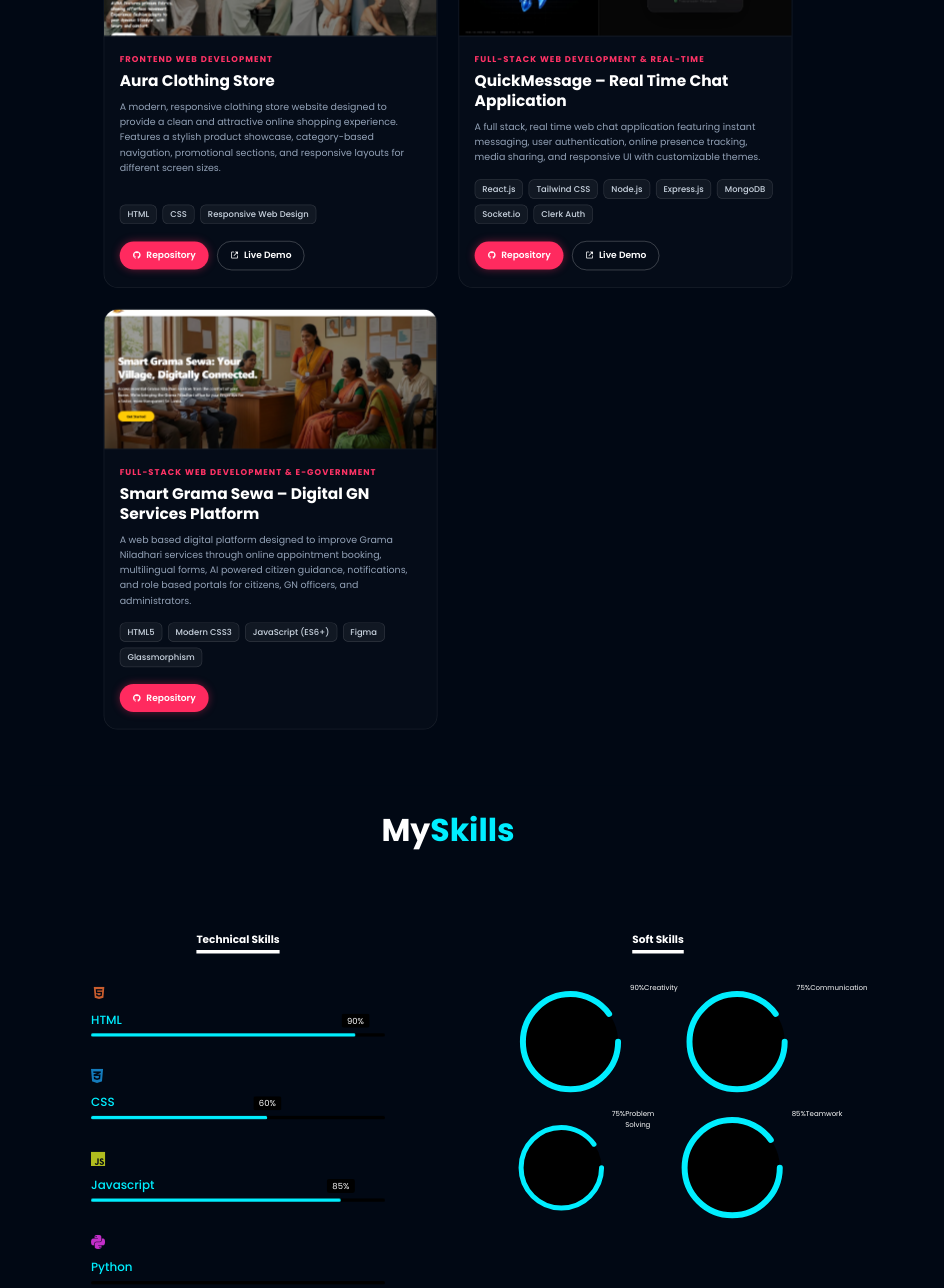
Repository: WathsalaHW/WathsalaHW_Portfolio
Page: index.html
An editor plug-in stored every save of this project. The page is shown before and after the next save, followed by the edit.
The browser window is 1280 px wide. The page is 1348 px wide, so the pictures cover 1348 px, including what lies to the right of the window. The pictures show the part of the page from y = 2583 to 4423 px (the page is 5383 px tall), at 70% of full size.

Above is the page before, as saved 2026-09-30 18:46:59.
Console error: TypeError: Cannot read properties of null (reading 'classList')

After the next save:
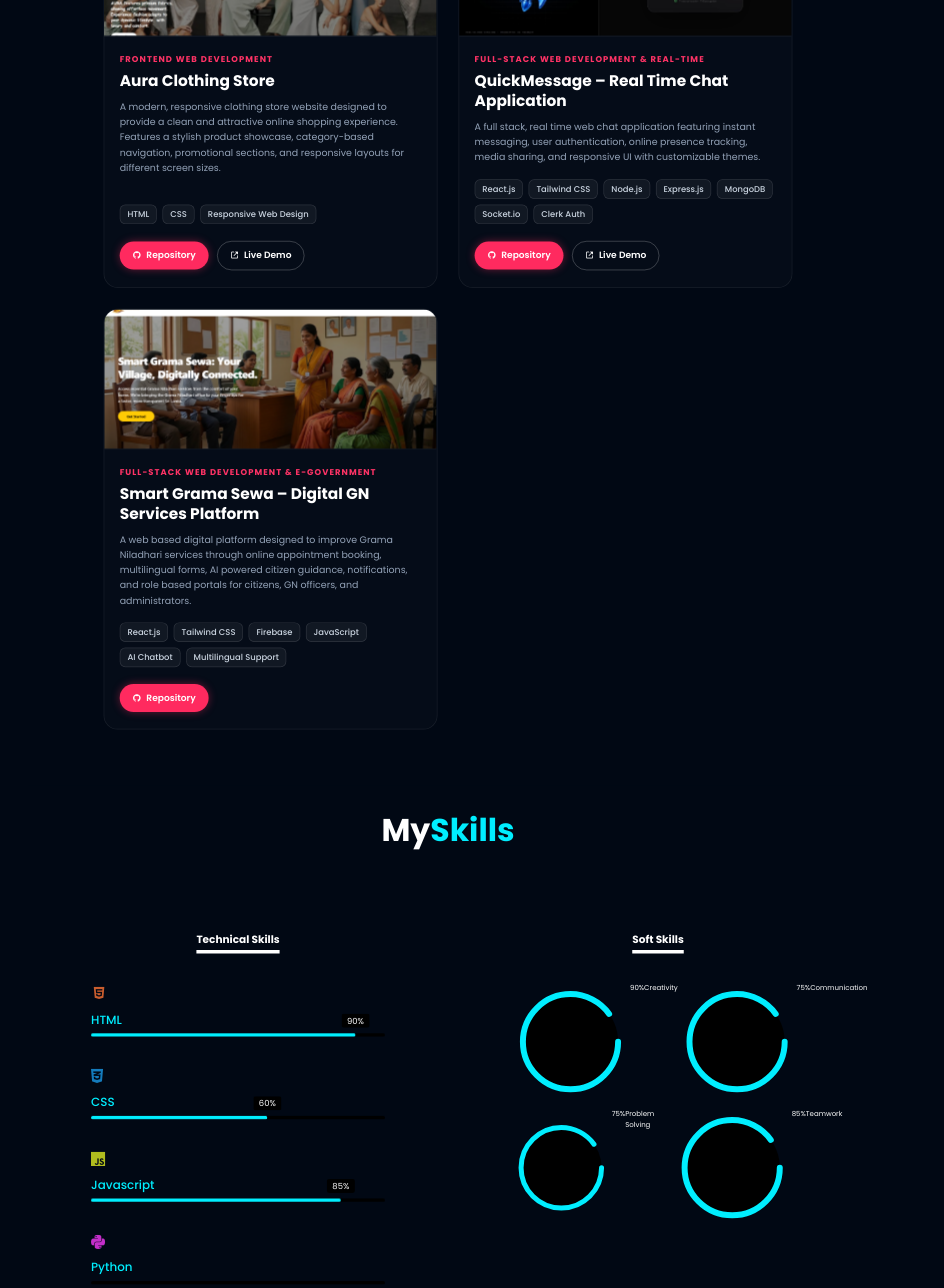
Saved 117 s later.
--- a/index.html
+++ b/index.html
@@ -381,11 +381,12 @@
           </p>
 
           <div class="project-tags">
-            <span>HTML5</span>
-            <span>Modern CSS3</span>
-            <span>JavaScript (ES6+)</span>
-            <span>Figma</span>
-            <span>Glassmorphism</span>
+            <span>React.js</span>
+            <span>Tailwind CSS</span>
+            <span>Firebase</span>
+            <span>JavaScript</span>
+            <span>AI Chatbot</span>
+            <span>Multilingual Support</span>
           </div>
 
           <div class="project-links">
